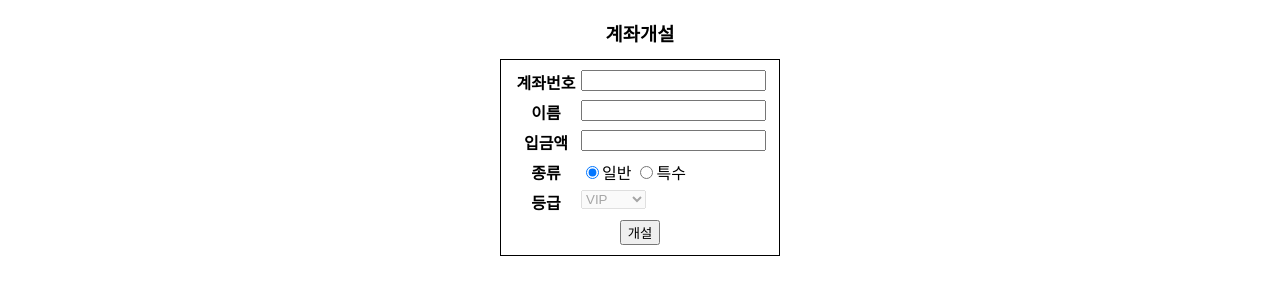
Repository: ss2ol/project
Page: http://localhost/Bank/makeAccount.jsp
An editor plug-in stored every save of this project. The page is shown before and after the next save, followed by the edit.
The browser window is 1280 px wide. The pictures show the whole page.
The page is served by Tomcat 9.

Above is the page before, as saved 2022-05-25 05:08:14.

After the next save:
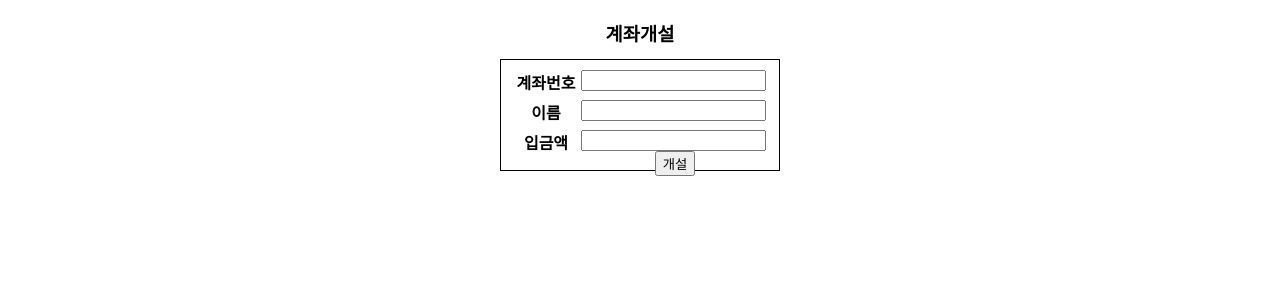
Saved 88 s later.
--- a/jsp_work/Bank/WebContent/makeAccount.jsp
+++ b/jsp_work/Bank/WebContent/makeAccount.jsp
@@ -65,25 +65,7 @@ input[type='submit'] {
 					<div class="input">
 						<input type="text" name="money" id='money'>
 					</div>
-				</div>
-				<div class="row">
-					<div class="title">종류</div>
-					<div class="input">
-						<input type="radio" name="type" value="normal" checked>일반
-						<input type="radio" name="type" value="special">특수
-					</div>
-				</div>
-				<div class="row">
-					<div class="title">등급</div>
-					<div class="input">
-						<select disabled id='grade'>
-							<option>VIP</option>
-							<option>Gold</option>
-							<option>Silver</option>
-							<option>Normal</option>
-						</select>
-					</div>
-				</div>
+
 				<div class="button">
 					<button id="makeBtn">개설</button>
 				</div>
